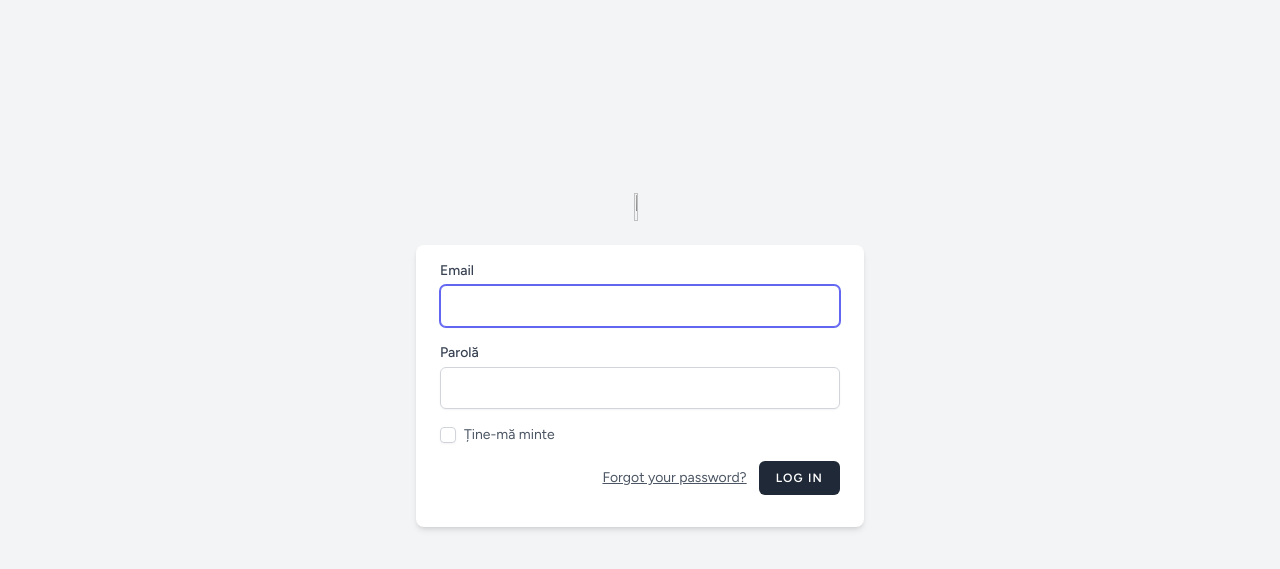
Repository: cosmin05072018/fantastic-events-manager
Page: http://localhost/login
An editor plug-in stored every save of this project. The page is shown before and after the next save, followed by the edit.
The browser window is 1280 px wide. The pictures show the whole page.
The page is served by the project's Laravel application, run on PHP 8.4 with Laravel 10. Other server files are loaded and not shown. Style sheets and scripts are compiled from the project's sources, by tool versions that may differ from the author's.

Above is the page before, as saved 2024-11-03 17:53:09.

### routes/web.php
<?php

use App\Http\Controllers\ProfileController;
use Illuminate\Support\Facades\Route;

/*
|--------------------------------------------------------------------------
| Web Routes
|--------------------------------------------------------------------------
|
| Here is where you can register web routes for your application. These
| routes are loaded by the RouteServiceProvider and all of them will
| be assigned to the "web" middleware group. Make something great!
|
*/

Route::get('/', function () {
    return view('startApp');
});

Route::get('/dashboard', function () {
    return view('dashboard');
})->middleware(['auth', 'verified'])->name('dashboard');

Route::middleware('auth')->group(function () {
    Route::get('/profile', [ProfileController::class, 'edit'])->name('profile.edit');
    Route::patch('/profile', [ProfileController::class, 'update'])->name('profile.update');
    Route::delete('/profile', [ProfileController::class, 'destroy'])->name('profile.destroy');
});

require __DIR__.'/auth.php';

### resources/views/auth/login.blade.php
<style>
    .logo-img {
        width: 100%;
        display: flex;
        align-items: center;
        justify-content: center;
    }
</style>

<x-guest-layout>
    <!-- Session Status -->
    <x-auth-session-status class="mb-4" :status="session('status')" />

    <form method="POST" action="{{ route('login') }}">
        @csrf

        <!-- Email Address -->
        <div>
            <x-input-label for="email" :value="__('Email')" />
            <x-text-input id="email" class="block mt-1 w-full" type="email" name="email" :value="old('email')" required
                autofocus autocomplete="username" />
            <x-input-error :messages="$errors->get('email')" class="mt-2" />
        </div>

        <!-- Password -->
        <div class="mt-4">
            <x-input-label for="password" :value="__('Parolă')" />

            <x-text-input id="password" class="block mt-1 w-full" type="password" name="password" required
                autocomplete="current-password" />

            <x-input-error :messages="$errors->get('password')" class="mt-2" />
        </div>

        <!-- Remember Me -->
        <div class="block mt-4">
            <label for="remember_me" class="inline-flex items-center">
                <input id="remember_me" type="checkbox"
                    class="rounded dark:bg-gray-900 border-gray-300 dark:border-gray-700 text-indigo-600 shadow-sm focus:ring-indigo-500 dark:focus:ring-indigo-600 dark:focus:ring-offset-gray-800"
                    name="remember">
                <span class="ms-2 text-sm text-gray-600 dark:text-gray-400">{{ __('Ține-mă minte') }}</span>
            </label>
        </div>

        <div class="flex items-center justify-end mt-4">
            @if (Route::has('password.request'))
                <a class="underline text-sm text-gray-600 dark:text-gray-400 hover:text-gray-900 dark:hover:text-gray-100 rounded-md focus:outline-none focus:ring-2 focus:ring-offset-2 focus:ring-indigo-500 dark:focus:ring-offset-gray-800"
                    href="{{ route('password.request') }}">
                    {{ __('Forgot your password?') }}
                </a>
            @endif

            <x-primary-button class="ms-3">
                {{ __('Log in') }}
            </x-primary-button>
        </div>
    </form>
</x-guest-layout>

### resources/views/components/application-logo.blade.php
<div class="logo-img">
    <img src="{{ asset('storage/logo.svg') }}" alt="Logo" style="width: 20% !important;">
</div>

Loaded but not shown: routes/auth.php (common file); app/Http/Controllers/Auth/EmailVerificationPromptController.php (common file); app/Http/Controllers/Controller.php (common file); app/Http/Controllers/Auth/VerifyEmailController.php (common file); app/Http/Controllers/Auth/AuthenticatedSessionController.php (common file); app/View/Components/GuestLayout.php (common file); resources/views/components/auth-session-status.blade.php (common file); resources/views/components/input-label.blade.php (common file); resources/views/components/text-input.blade.php (common file); resources/views/components/input-error.blade.php (common file); resources/views/components/primary-button.blade.php (common file); resources/views/layouts/guest.blade.php (common file); resources/css/app.css (common file); tailwind.config.js (common file); resources/js/app.js (common file); resources/js/bootstrap.js (common file)

After the next save:
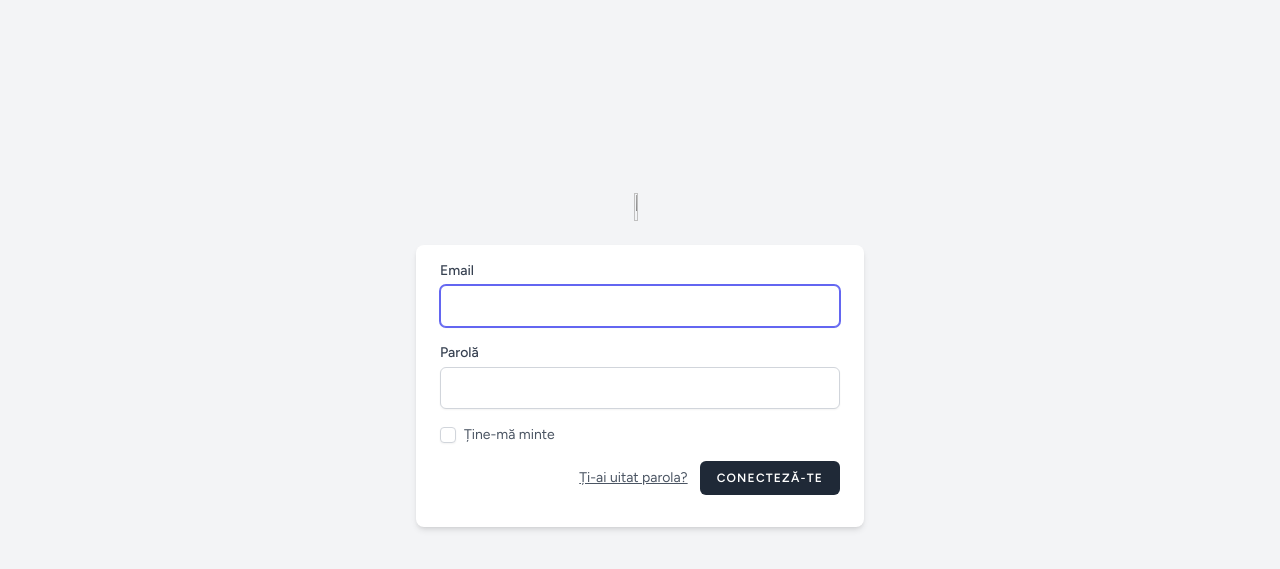
Saved 28 s later.
--- a/resources/views/auth/login.blade.php
+++ b/resources/views/auth/login.blade.php
@@ -46,12 +46,12 @@
             @if (Route::has('password.request'))
                 <a class="underline text-sm text-gray-600 dark:text-gray-400 hover:text-gray-900 dark:hover:text-gray-100 rounded-md focus:outline-none focus:ring-2 focus:ring-offset-2 focus:ring-indigo-500 dark:focus:ring-offset-gray-800"
                     href="{{ route('password.request') }}">
-                    {{ __('Forgot your password?') }}
+                    {{ __('Ți-ai uitat parola?') }}
                 </a>
             @endif
 
             <x-primary-button class="ms-3">
-                {{ __('Log in') }}
+                {{ __('Conecteză-te') }}
             </x-primary-button>
         </div>
     </form>
